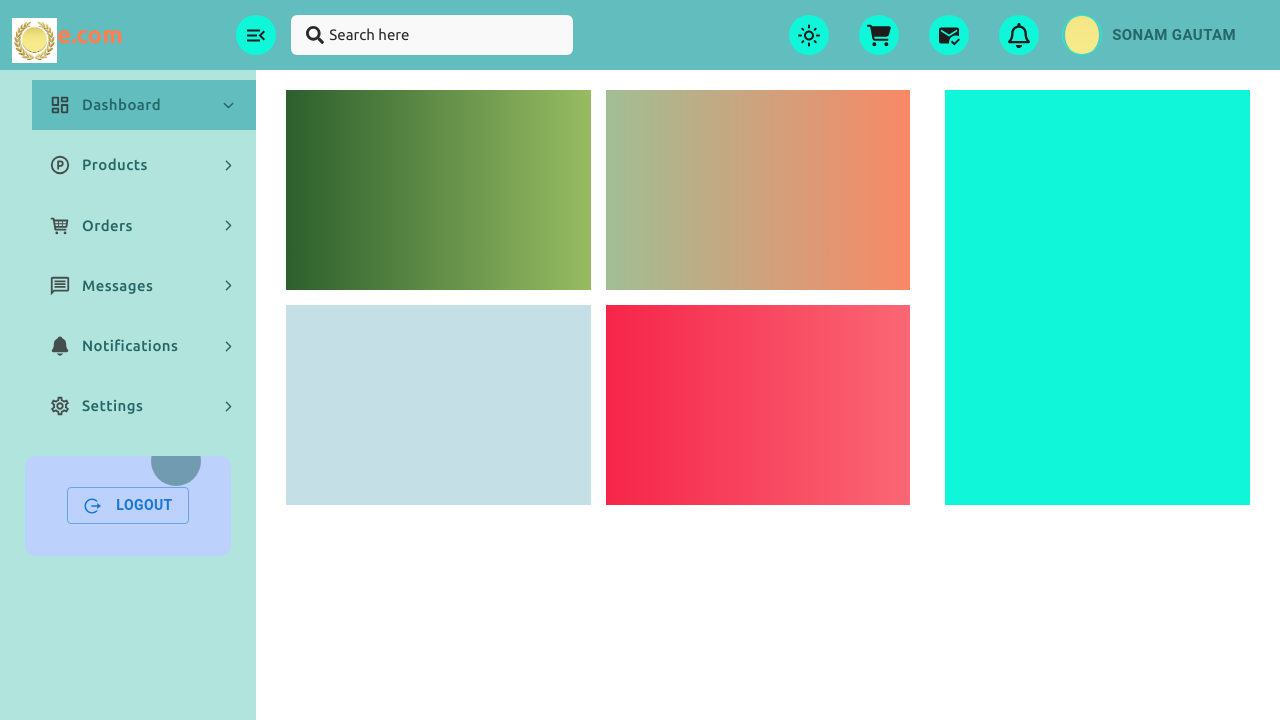
Repository: gautamsonam011/admin-react-dashboard
Page: /
An editor plug-in stored every save of this project. The page is shown before and after the next save, followed by the edit.
The browser window is 1280 px wide. The pictures show the whole page.
The project was rebuilt for these pictures with package versions that can differ from the ones it lists, and the page was loaded fresh each time.

Above is the page before, as saved 2025-04-16 13:16:17.

After the next save:
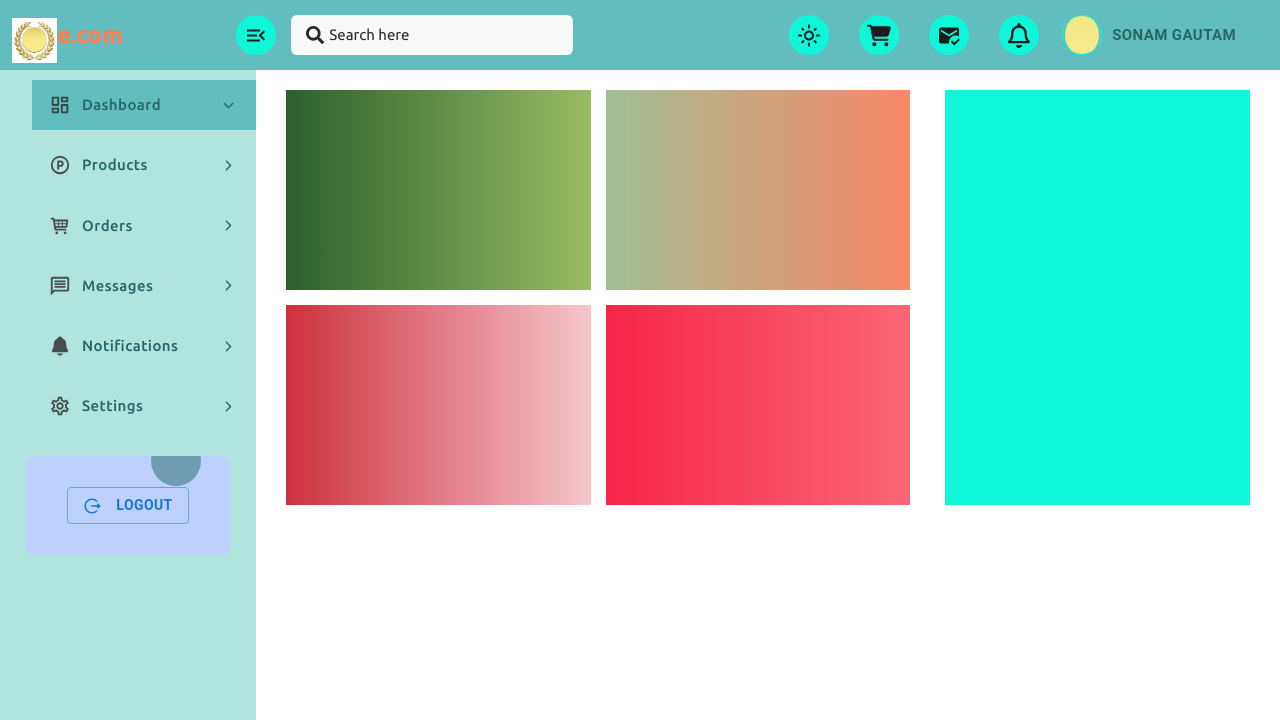
Saved 45 s later.
--- a/src/pages/Dashboard/Dashboard.jsx
+++ b/src/pages/Dashboard/Dashboard.jsx
@@ -8,7 +8,7 @@ const Dashboard = () => {
                     <div className="dashboardBoxWrapper d-flex">
                         <DashboardBox color={["#2C5F2D", "#97BC62"]} />
                         <DashboardBox color={["#A1BE95", "#F98866"]} />
-                        <DashboardBox color={["#C4DFE6", "#C4DFE6"]} />
+                        <DashboardBox color={["#CC313D", "#F7C5CC"]} />
                         <DashboardBox color={["#F52549", "#FA6775"]} />
 
                     </div>
